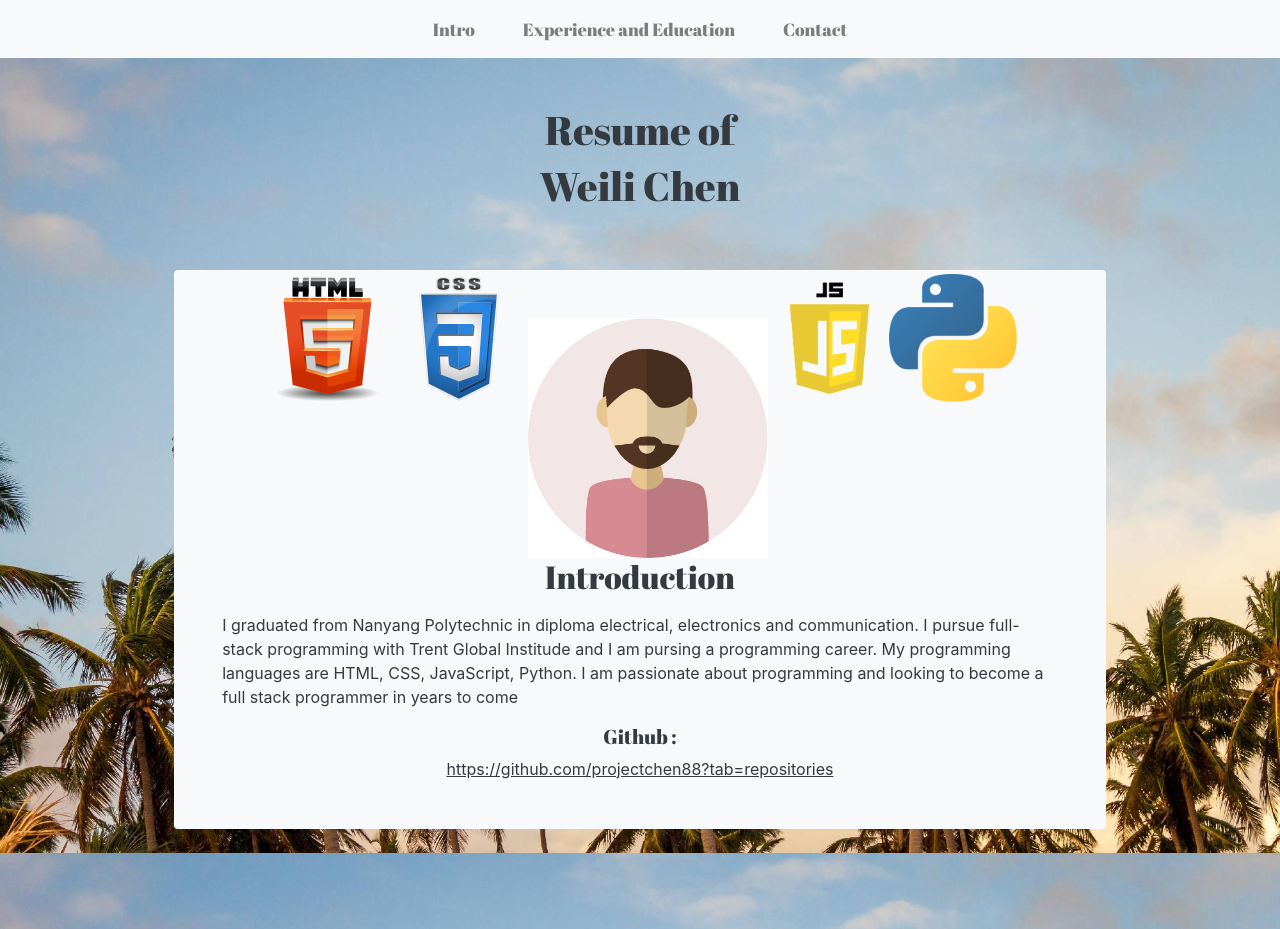
Repository: projectchen88/firstproject
Page: index.html
The author's editor kept a record of every edit. The page is drawn from the files as they stood at one moment, then again after the next edit.
The browser window is 1280 px wide. The pictures show the whole page.
Backgrounds fixed to the window are drawn as part of the page. Some web libraries are served in a nearby version.

Above is the page before.

### index.html
<!doctype html>
<html lang="en">

<head>
    <!-- Required meta tags -->
    <meta charset="utf-8">
    <meta name="viewport" content="width=device-width, initial-scale=1, shrink-to-fit=no">

    <!-- Bootstrap CSS -->
    <link rel="stylesheet" href="https://maxcdn.bootstrapcdn.com/bootstrap/4.0.0/css/bootstrap.min.css" integrity="sha384-Gn5384xqQ1aoWXA+058RXPxPg6fy4IWvTNh0E263XmFcJlSAwiGgFAW/dAiS6JXm" crossorigin="anonymous">

    <!--Nav Font-->
    <link href="https://fonts.googleapis.com/css2?family=Abril+Fatface&family=Lalezar&family=Passion+One:wght@700&display=swap" rel="stylesheet">

    <!--Font Awesome link-->
    <link rel="stylesheet" href="https://cdnjs.cloudflare.com/ajax/libs/font-awesome/4.7.0/css/font-awesome.min.css">

    <!--CSS Style Sheet-->
    <link href="styles/style.css" rel="stylesheet">

    <title>Chen Weili | Full Stack Programmer </title>

</head>

<body>
    <!--Navbar-->
    <nav class="navbar navbar-expand-lg navbar-light bg-light">
        <a class="navbar-brand d-sm-none d-block" href="#page-intro">My Resume</a>
        <button class="navbar-toggler" type="button" data-toggle="collapse" data-target="#navbarSupportedContent" aria-controls="navbarSupportedContent" aria-expanded="false" aria-label="Toggle navigation">
        <span class="navbar-toggler-icon"></span>
      </button>

        <div class="collapse navbar-collapse" id="navbarSupportedContent">
            <ul class="navbar-nav mx-auto">

                <li class="nav-item">
                    <a class="nav-link nav-link-custom mx-3" href="#page-intro">Intro</a>
                </li>
                <li class="nav-item">
                    <a class="nav-link nav-link-custom mx-3" href="#background">Experience and Education</a>
                </li>
                <li class="nav-item">
                    <a class="nav-link nav-link-custom mx-3" href="#contact">Contact</a>
                </li>
            </ul>
        </div>
    </nav>
    <!--end of navbar-->

    <!--Intro about myself-->
    <main id="page-intro" class='container-fluid p-5 text-dark'>
        <div class='text-center w-100'>
            <h1>Resume of</h1>
            <h1>Weili Chen</h1>
        </div>
        <div class="row p-md-5 p-1">
            <div class="col-md-10 col-12 text-center p-md-5 p-3 bg-light rounded mx-auto my-1">
                <div>
                    <img class='d-md-inline d-none logo1' src="images/html5.png"/>
                    <img class='d-md-inline d-none logo2' src="images/css.png"/>
                    <img id='portrait' src="images/portrait.jpg"/>
                    <img class='d-md-inline d-none logo3' src="images/javaScript.png"/>
                    <img class='d-md-inline d-none logo4' src="images/python.png"/>
                </div>
                <h2>Introduction</h2>
                <div class='text-left mt-3'>
                    <p> I graduated from Nanyang Polytechnic in diploma electrical, electronics and communication.
                        I pursue full-stack programming with Trent Global Institude and I am pursing a programming career.
                        My programming languages are HTML, CSS, JavaScript, Python.
                        I am passionate about programming and looking to become a full stack programmer in years to come</p>
                </div>
                <div>
                    <h5 class='text-dark'>Github : </h5>
                    <span><a class='text-dark' href='https://github.com/projectchen88?tab=repositories' target='blank'><u> https://github.com/projectchen88?tab=repositories</u></a></span>
                </div>
            </div>
        </div>

    </main>
    <!--end of intro-->



    <!-- Optional JavaScript -->
    <!-- jQuery first, then Popper.js, then Bootstrap JS -->
    <script src="https://code.jquery.com/jquery-3.2.1.slim.min.js" integrity="sha384-KJ3o2DKtIkvYIK3UENzmM7KCkRr/rE9/Qpg6aAZGJwFDMVNA/GpGFF93hXpG5KkN" crossorigin="anonymous"></script>
    <script src="https://cdnjs.cloudflare.com/ajax/libs/popper.js/1.12.9/umd/popper.min.js" integrity="sha384-ApNbgh9B+Y1QKtv3Rn7W3mgPxhU9K/ScQsAP7hUibX39j7fakFPskvXusvfa0b4Q" crossorigin="anonymous"></script>
    <script src="https://maxcdn.bootstrapcdn.com/bootstrap/4.0.0/js/bootstrap.min.js" integrity="sha384-JZR6Spejh4U02d8jOt6vLEHfe/JQGiRRSQQxSfFWpi1MquVdAyjUar5+76PVCmYl" crossorigin="anonymous"></script>
</body>

</html>

### styles/style.css
h1,h2, h5 {
    font-family: 'Abril Fatface', cursive;
}
/* NAVBAR - Styling for navbar-brand and nav-link*/
.navbar-brand {
    font-family: 'Abril Fatface', cursive;
    font-size: 1.3rem;
}
.nav-link-custom {
    font-family: 'Abril Fatface', cursive;
    font-size: 1.1rem;
}

/* BODY - SET FIXED background image */
body {
    height : 200px;
    height: auto;
    background-image: url('../images/palmtrees.jpg');
    background-repeat: no-repeat;
    background-position: center;
    background-size: cover;
    background-attachment: fixed;
}

#portrait {
    height : 15rem;
    width : auto;
}

.logo1 {
    height : 8rem;
    width : auto;
    position: relative;
    animation-name: drop-codes;
    animation-duration: 3s;
}
@keyframes drop-codes {
  0%   { left:0px; top:-100px;}
  10%  { left:0; top:0px;}
  20%  { left:0px; top:-50px;}
  35%  { left:0px; top:0px;}
  50%  { left:0px; top:-25px;}
  65%  { left:0px; top:0px;}
  75%  { left:0px; top:-12px;}
  85%  { left:0px; top:0px;}
  100% { left:0px; top:0px;}
}
.logo2 {
    height : 8rem;
    width : auto;
    position: relative;
    animation-name: drop-codes;
    animation-duration: 6s;
}
@keyframes drop-codes {
  0%   { left:0px; top:-100px;}
  15%  { left:0; top:0px;}
  25%  { left:0px; top:-50px;}
  35%  { left:0px; top:0px;}
  50%  { left:0px; top:-25px;}
  65%  { left:0px; top:0px;}
  85%  { left:0px; top:-12px;}
  100% { left:0px; top:0px;}
}
.logo3 {
    height : 8rem;
    width : auto;
    position: relative;
    animation-name: drop-codes;
    animation-duration: 5s;
}
@keyframes drop-codes {
  0%   { left:0px; top:-100px;}
  18%  { left:0; top:0px;}
  29%  { left:0px; top:-50px;}
  35%  { left:0px; top:0px;}
  45%  { left:0px; top:-25px;}
  55%  { left:0px; top:0px;}
  75%  { left:0px; top:-12px;}
  85%  { left:0px; top:-0px;}
  95%  { left:0px; top:-25px;}
  100% { left:0px; top:0px;}
}
.logo4 {
    height : 8rem;
    width : auto;
    position: relative;
    animation-name: drop-codes;
    animation-duration: 8s;
}
@keyframes drop-codes {
  0%   { left:0px; top:-100px;}
  15%  { left:0; top:0px;}
  25%  { left:0px; top:-50px;}
  35%  { left:0px; top:0px;}
  50%  { left:0px; top:-25px;}
  65%  { left:0px; top:0px;}
  85%  { left:0px; top:-12px;}
  100% { left:0px; top:0px;}
}

After the next edit:
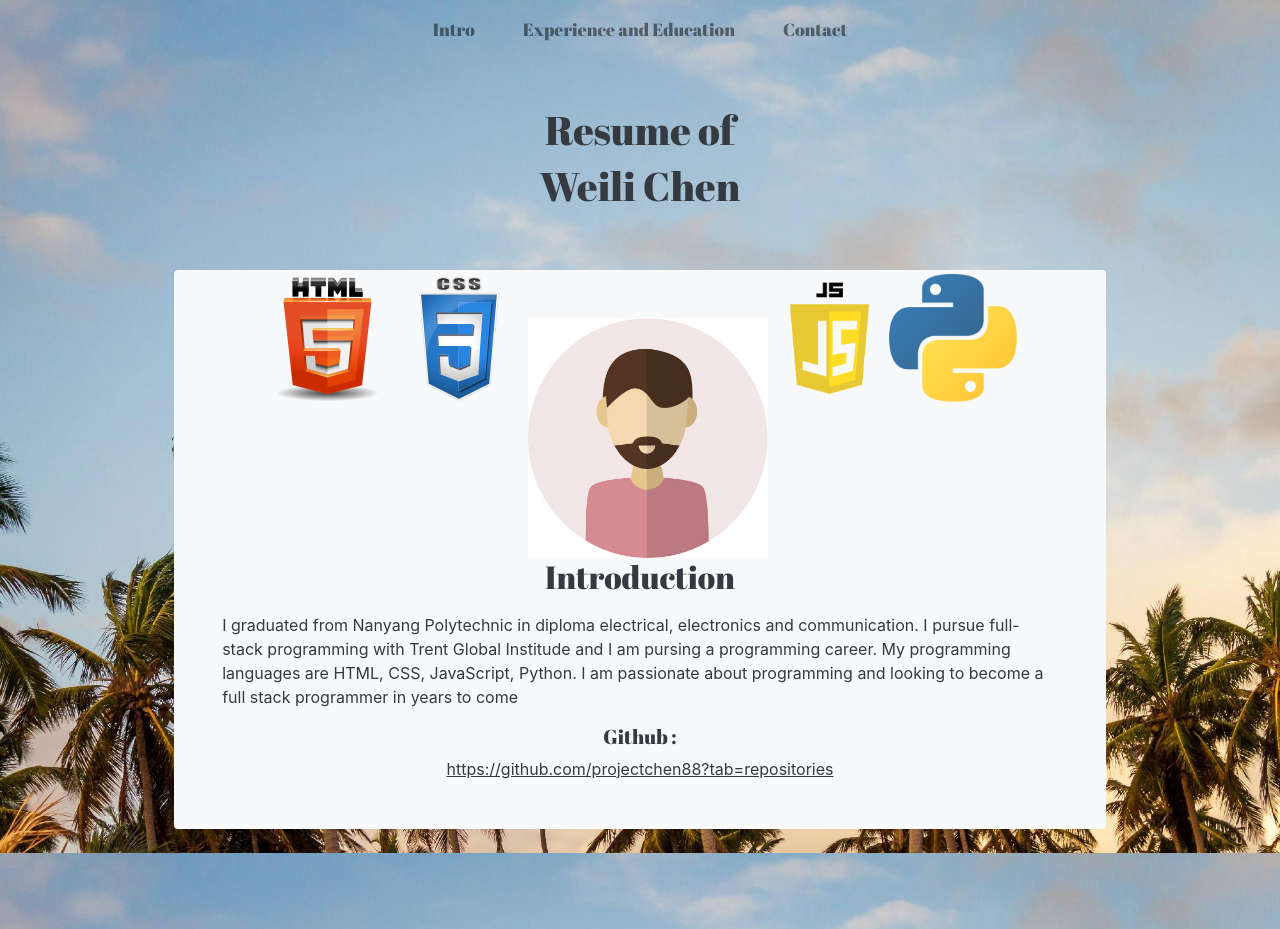
The edit:
--- a/index.html
+++ b/index.html
@@ -24,8 +24,8 @@
 
 <body>
     <!--Navbar-->
-    <nav class="navbar navbar-expand-lg navbar-light bg-light">
-        <a class="navbar-brand d-sm-none d-block" href="#page-intro">My Resume</a>
+    <nav class="navbar navbar-expand-lg navbar-light bg-transparent">
+        <a class="navbar-brand d-sm-none d-block text-dark" href="#page-intro">My Resume</a>
         <button class="navbar-toggler" type="button" data-toggle="collapse" data-target="#navbarSupportedContent" aria-controls="navbarSupportedContent" aria-expanded="false" aria-label="Toggle navigation">
         <span class="navbar-toggler-icon"></span>
       </button>
